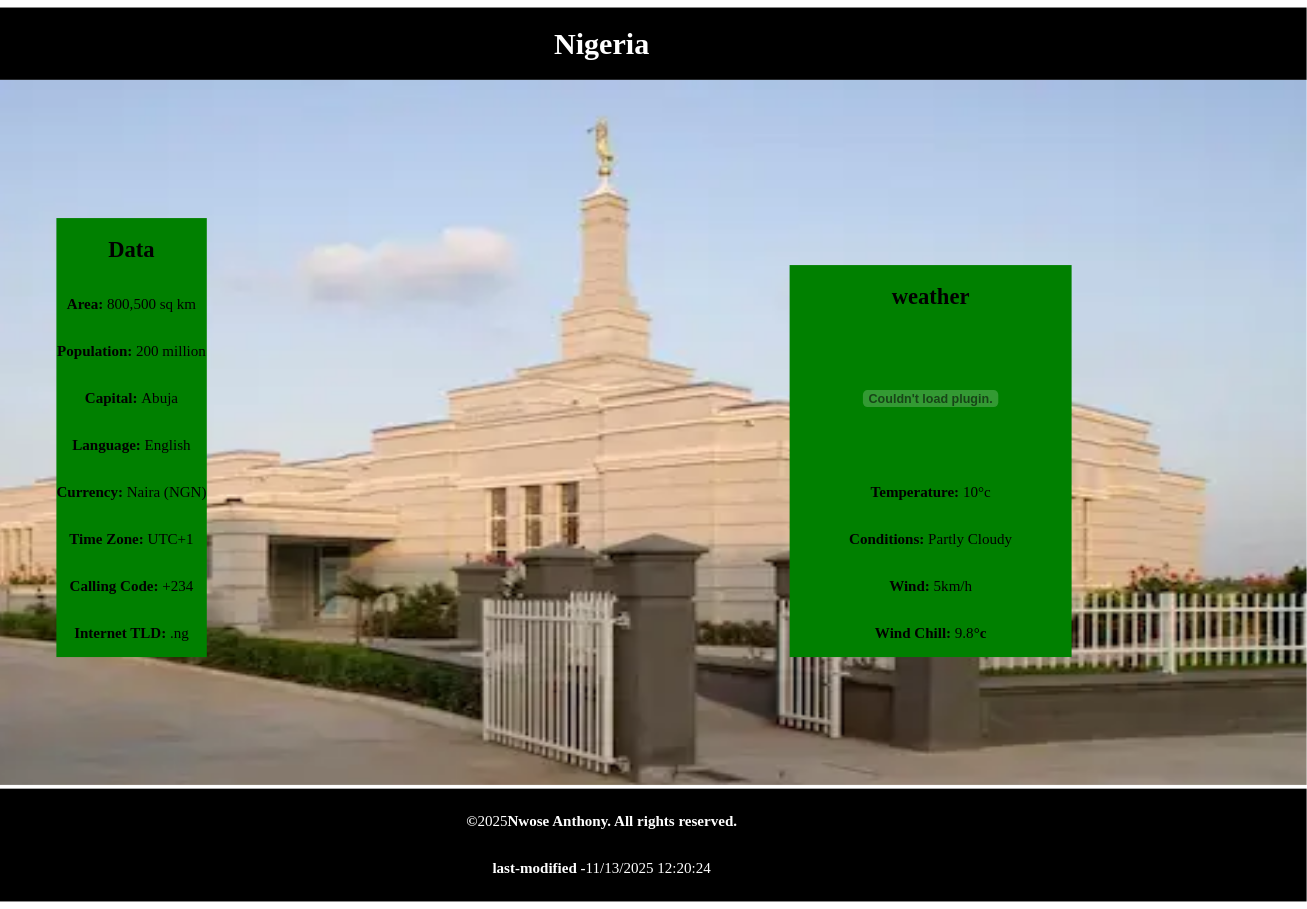
Repository: NoblesNigeria/wdd131
Page: place.html
These files come from the project's save history. The page is drawn as it stood at one moment and after the next save; the edit follows.
The browser window is 1280 px wide. The page is 1390 px wide, so the pictures cover 1390 px, including what lies to the right of the window. The pictures show the whole page, at 94% of full size.

Above is the page before, as saved 2025-11-13 17:58:10.

### place.html
<!DOCTYPE html>
<html lang="en">
<head>
    <meta charset="UTF-8">
    <meta name="viewport" content="width=device-width, initial-scale=1.0">
    <meta name="description" content="This page is showing the weather conditions of the temple area in Nigeria.">
    <meta name="author" content="Nwose Anthony">
    <title>country page</title>
    <link rel="stylesheet" href="styles/place.css">
    <link rel="stylesheet" href="styles/place-large.css" >
    <script src="scripts/place.js" defer></script>
    <link rel="preconnect" href="https://fonts.googleapis.com">
    <link rel="preconnect" href="https://fonts.gstatic.com" crossorigin>
    <link href="https://fonts.googleapis.com/css2?family=Roboto:wght@400;700&display=swap" rel="stylesheet">
</head>
<body>
    <header>
         <h1>Nigeria</h1>
    </header>
    <main>
        <div>
            <picture class="hero">
                <source srcset="images/hero-large.webp" media="max-width: 1000px">
                <source srcset="images/hero-medium.webp" media="max-width: 550px">
                <img src="images/hero-small.webp" alt="Aba Nigeria Temple" width="1500" height="750">
            </picture>
            <figure class="content">
                <h2>weather</h2>
                <object type="images/svg+xml" data="arrow(1).svg"></object>
                <p>Temperature: <span id="temperature"></span></p>
                <p>Conditions: <span id="conditions"></span></p>
                <p>Wind: <span id="wind-speed"></span></p>
                <p>Wind Chill: <span id="wind-chill"></span>°c</p>
            </figure>
            <figure class="place-info">
                <h2>Data</h2>
                <p>Area: <span>800,500 sq km</span></p>
                <p>Population: <span>200 million</span></p>
                <p>Capital: <span>Abuja</span></p>
                <p>Language: <span>English</span></p>
                <p>Currency: <span>Naira (NGN)</span></p>
                <p>Time Zone: <span>UTC+1</span></p>
                <p>Calling Code: <span>+234</span></p>
                <p>Internet TLD: <span>.ng</span></p>
            </figure>
        </div>
    </main>
    <footer>
        <p>&copy;  <span id="current-year"></span> Nwose Anthony. All rights reserved.</p>
        <p>last-modified - <span id="last-modified"></span></p>
    </footer>
</body>
</html>

### styles/place.css
body{
        display: grid;
        grid-template-columns: 1fr;
        justify-content: center;

    }
    header{
    display: flex;
    justify-content: center;
    padding: var(--padding);
    font-size: 2rem;
    color: white;
    align-items: center;
    background-color: black;
}

.content{
    display: flex;
    flex-direction: column;
    justify-content: center;
    align-items: center;
    background-color: green;
}
.place-info{
    display: flex;
    flex-direction: column;
    justify-content: center;
    align-items: center;
    font-size: var(--font-size);
    background-color: green;
}
.content img::after{
    top: 20px;
    right: 5px;
    position: absolute;
}

footer{
    display: flex;
    justify-content: center;
    padding: var(--padding);
    font-size: 1rem;
    color: white;
    align-items: center;
    background-color: black;
    flex-direction: column;
}
@media (min-width:40rem){
    body{
        grid-template-columns: 1fr;

    }
    .content{
        display: flex;
        flex-direction: column;
        justify-content: center;
        align-items: center;
        background-color: green;
    }
    .place-info{
        display: flex;
        flex-direction: column;
        justify-content: center;
        align-items: center;
        font-size: var(--font-size);
        background-color: green;
    }
}

### styles/place-large.css
:root{
    --font-size: 1rem;
    --padding: 10px;

}
header h1{
    display: flex;
    justify-content: center;
    margin: 0;
    padding: var(--padding);
    font-size: 2rem;
    color: white;
    align-items: center;
}

div{
    display: grid;
    grid-template-columns: 1fr 1fr auto;
}
.hero{
    width: 100%;
    height: auto;
}
.content{
    position: absolute;
    bottom: 5px;
    left: 800px;
}
.content img{
    top: 20px;
    right: 5px;
    position: absolute;
}
p{
    font-weight: bold;
}
p span{
    font-weight: normal;
}
.place-info{
    position: absolute;
    bottom: 5px;
    left: 20px;
}

footer p{
    display: flex;
    justify-content: center;
    font-size: 1rem;
    color: white;
    align-items: center;
}

### scripts/place.js
// Set current year in footer
document.getElementById('current-year').textContent = new Date().getFullYear();
// Set last modified date in footer
document.getElementById('last-modified').textContent = document.lastModified;

let tem= "10°c";
let cond= "Partly Cloudy";
let windSpd= "5km/h";
let windChill= "9.8°c";
document.getElementById('temperature').textContent = tem;
document.getElementById('conditions').textContent = cond;
document.getElementById('wind-speed').textContent = windSpd;

function calculateWindChill(t, s) {
    let wc = 13.12 + (0.6215 * 10) - (11.37*(5**0.16 )) + (0.3965 * 10 * (5**0.16));
    return wc.toFixed(1);
}
document.getElementById('wind-chill').textContent = calculateWindChill(10, 5);

After the next save:
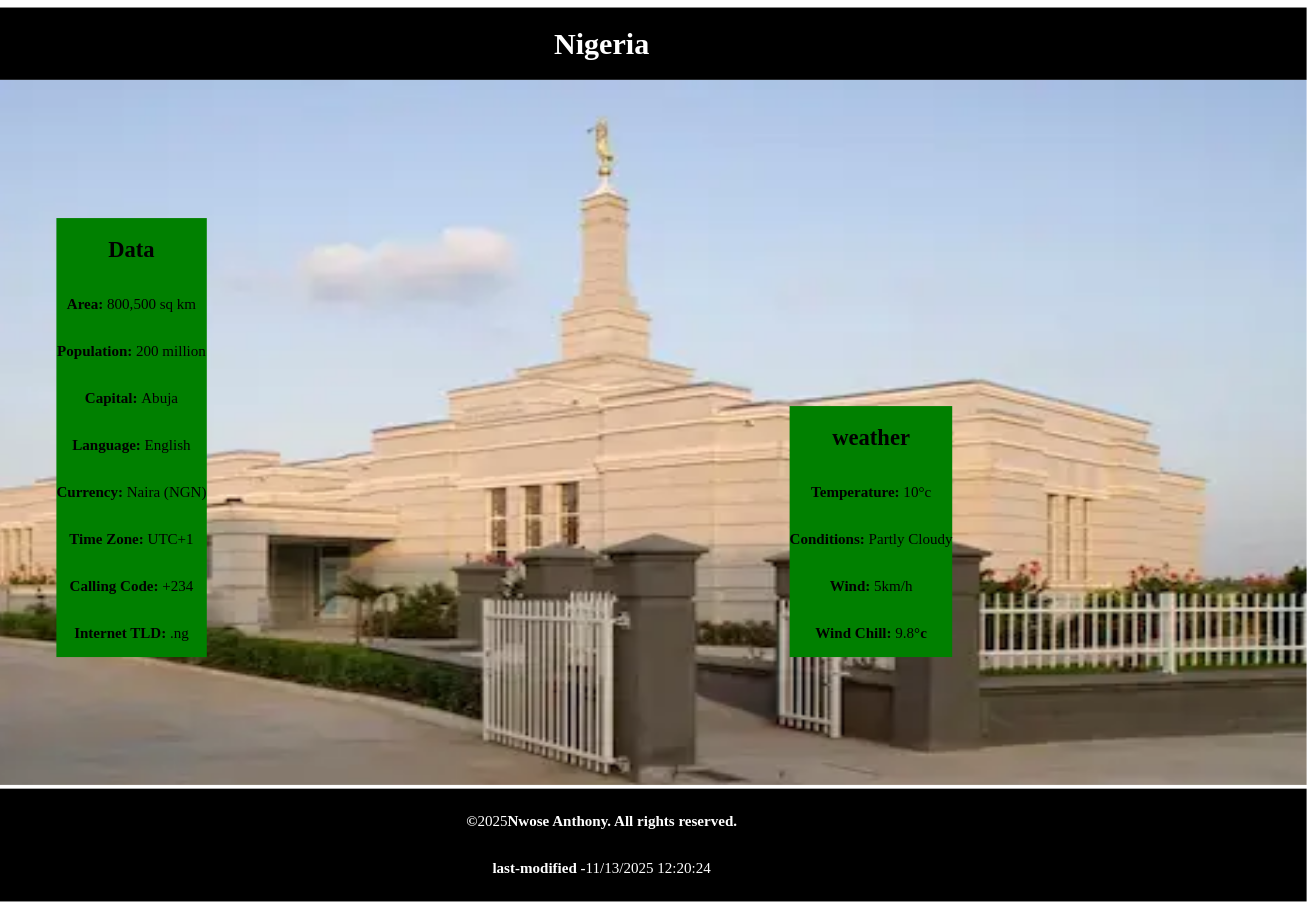
Saved 112 s later.
--- a/place.html
+++ b/place.html
@@ -26,7 +26,7 @@
             </picture>
             <figure class="content">
                 <h2>weather</h2>
-                <object type="images/svg+xml" data="arrow(1).svg"></object>
+
                 <p>Temperature: <span id="temperature"></span></p>
                 <p>Conditions: <span id="conditions"></span></p>
                 <p>Wind: <span id="wind-speed"></span></p>
